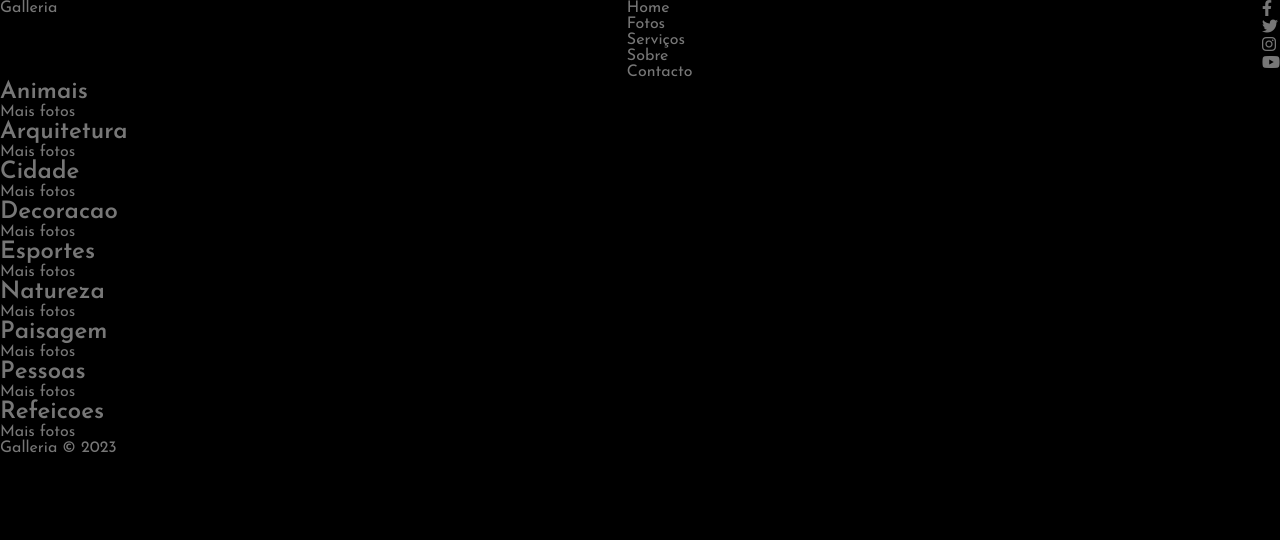
Repository: AghastyGD/gallery-sass
Page: index.html
These files come from the project's save history. The page is drawn as it stood at one moment and after the next save; the edit follows.
The browser window is 1280 px wide. The pictures show the whole page.
The style sheet was rebuilt from its Sass, Less or Tailwind sources for each picture, by a compiler version that may differ from the author's.

Above is the page before, as saved 2023-10-13 18:08:22.

After the next save:
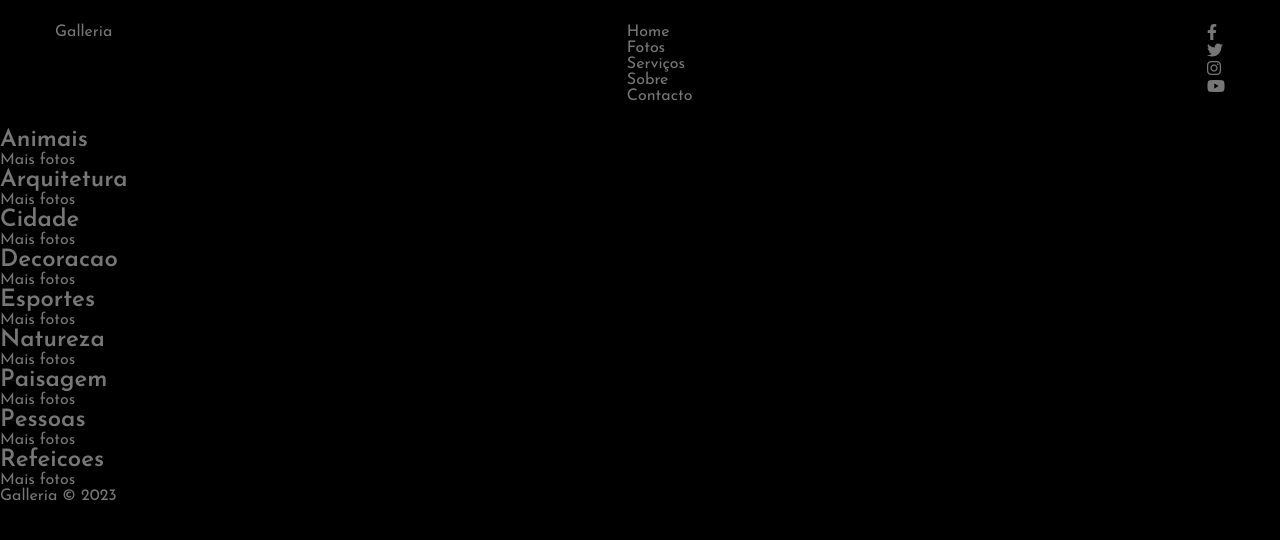
Saved 53 s later.
--- a/sass/styles.sass
+++ b/sass/styles.sass
@@ -22,3 +22,4 @@ body
 .header
   display: flex
   justify-content: space-between
+  @include mixins.container
